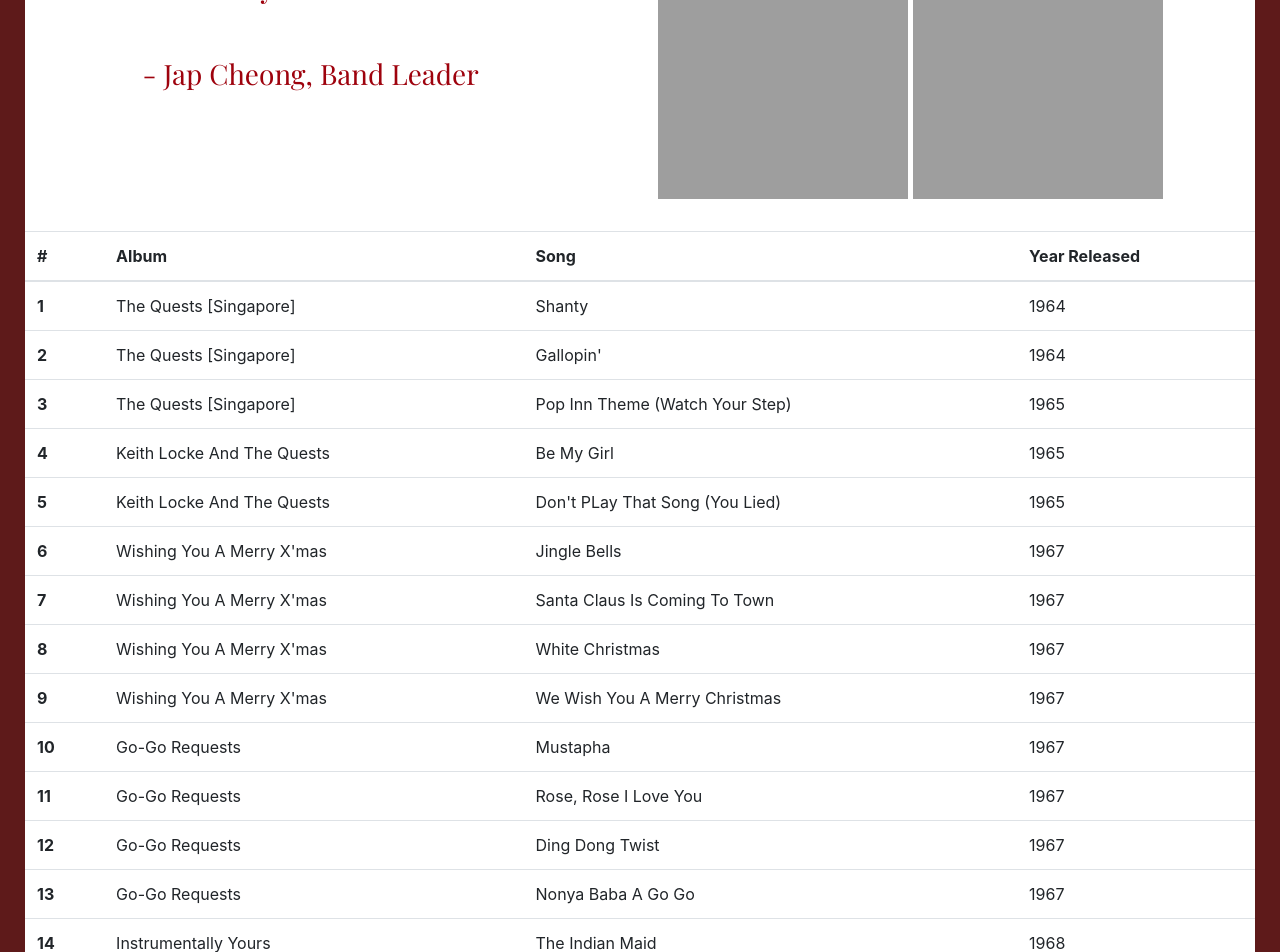
Repository: SamLookingGlass/User-Centric-Frontend-Development-Project
Page: music.html
The author's editor kept a record of every edit. The page is drawn from the files as they stood at one moment, then again after the next edit.
The browser window is 1280 px wide. The pictures show the part of the page from y = 431 to 1383 px (the page is 1831 px tall before and 1880 px after).
Pictures or frames that could not be fetched are drawn as grey boxes. Some web libraries are served in a nearby version.

Above is the page before.

After the next edit:
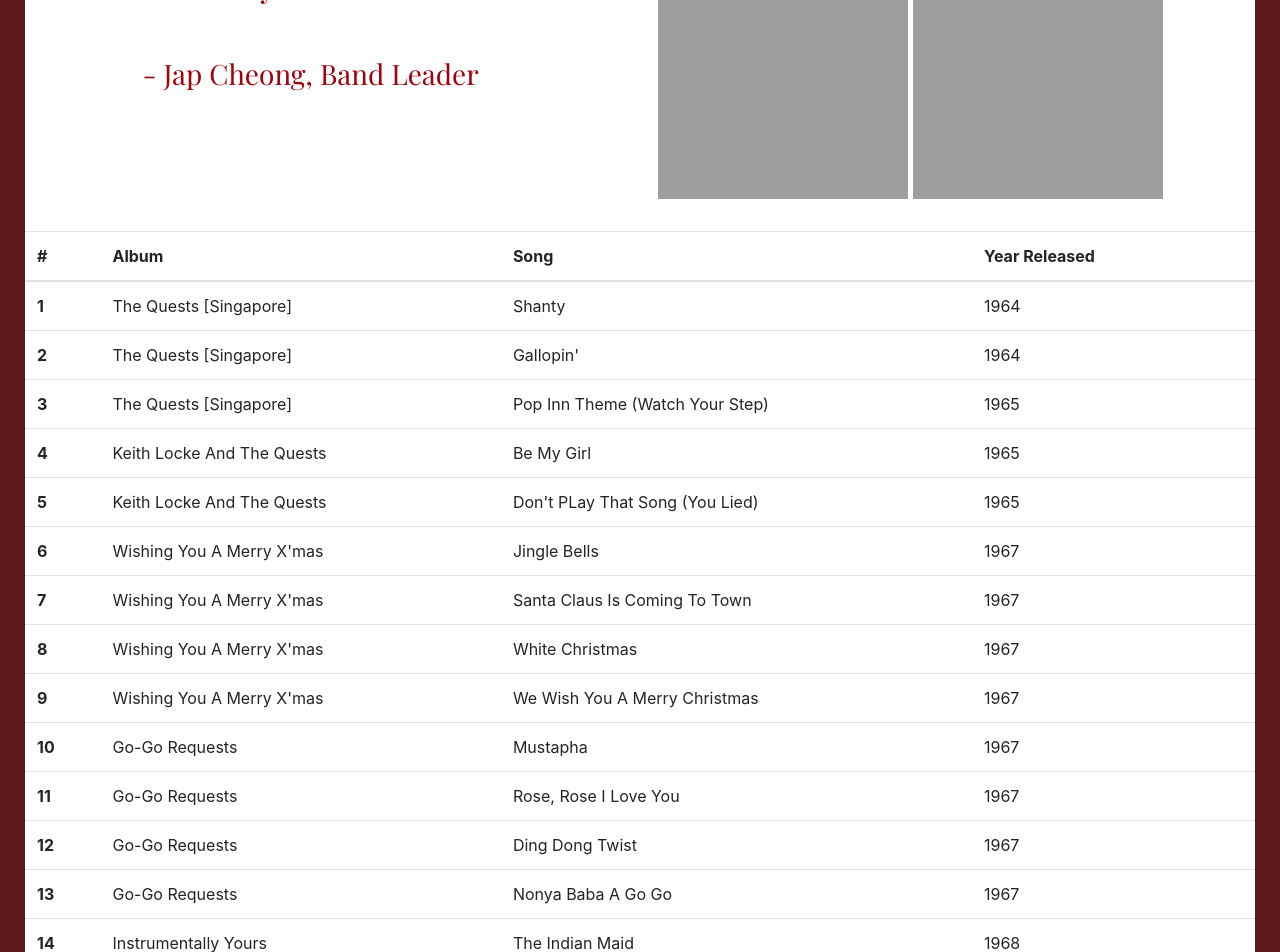
The edit:
--- a/music.html
+++ b/music.html
@@ -218,8 +218,14 @@
     <tr>
       <th scope="row">22</th>
       <td>Keith Locke And The Quests</td>
-      <td>Jesamine</td>
-      <td>1968</td>
+      <td>Don't Play That Song (You Lied)</td>
+      <td>1969 (Re-released)</td>
+    </tr>
+    <tr>
+      <th scope="row">23</th>
+      <td>Keith Locke And The Quests</td>
+      <td>Don't Play That Song (You Lied)</td>
+      <td>1969 (Re-released)</td>
     </tr>
   </tbody>
 </table>
